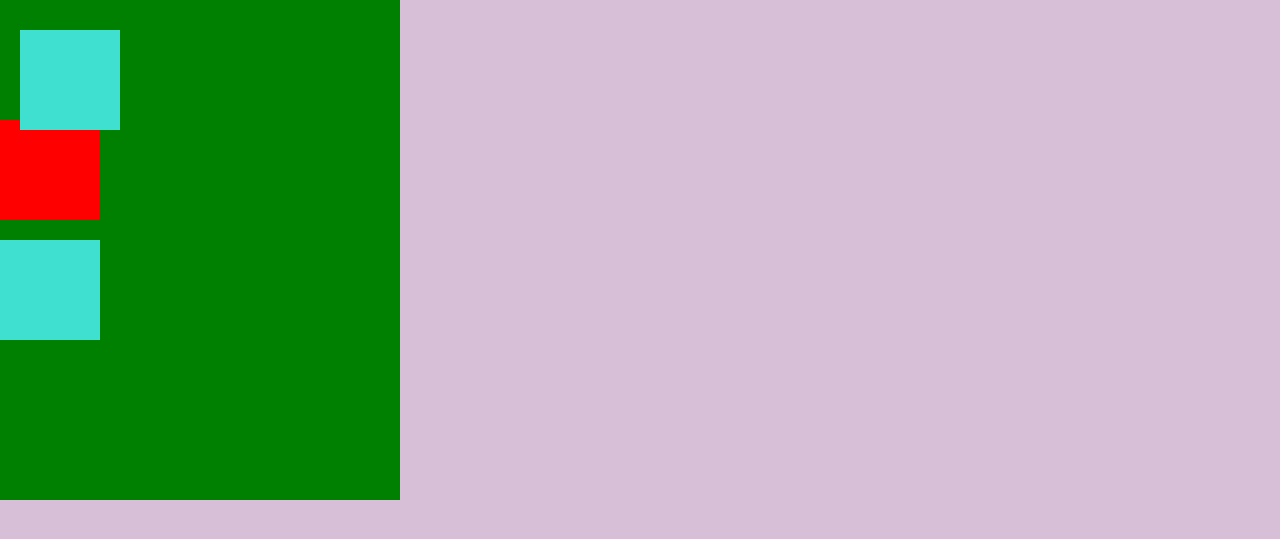
Repository: AytacSafarova/Task-12
Page: index.html
These files come from the project's save history. The page is drawn as it stood at one moment and after the next save; the edit follows.
The browser window is 1280 px wide. The pictures show the whole page.

Above is the page before, as saved 2023-08-16 16:07:01.

### index.html
<!DOCTYPE html>
<html lang="en">
<head>
  <meta charset="UTF-8">
  <meta name="viewport" content="width=device-width, initial-scale=1.0">
  <title>Document</title>
  <link rel="stylesheet" href="./index.css">
</head>
<body>
  <div class="container">
    <div class="box">

      <div class="child child-1"></div>
<div class="child child-2"></div>
<div class="child"></div>
    </div>


  </div>
</body>
</html>

### index.css
*{
    margin: 0;
    padding: 0;
    box-sizing: border-box;
}
.container{
    width: 100%;
    height: 100vh;
    background-color: thistle;
}
.child{
    width: 100px;
    height: 100px;
    background-color: turquoise;
    margin-bottom: 20px;
}
.child-2{
    background-color: red;
    /* position: relative;
    z-index: 1; */
}
/* static */
/* relative */
.child-1{
    position: relative;
    left: 20px;
    top: 30px;
}
.box{
    width: 400px;
    height: 500px;
    background-color: green;
}

After the next save:
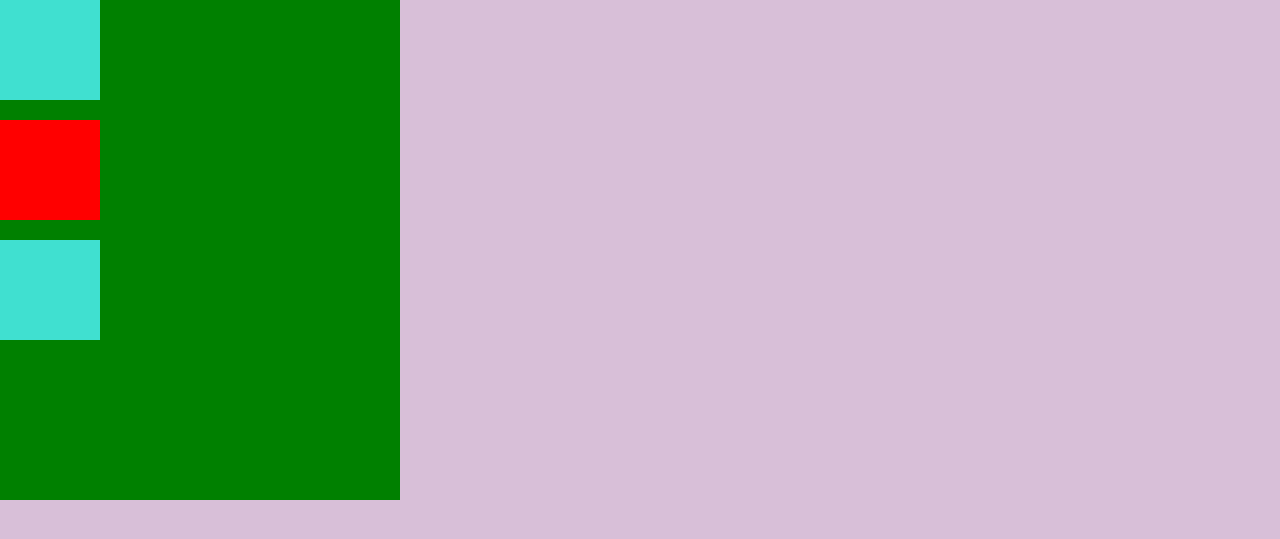
Saved 5 s later.
--- a/index.css
+++ b/index.css
@@ -22,9 +22,9 @@
 /* static */
 /* relative */
 .child-1{
-    position: relative;
+    /* position: relative;
     left: 20px;
-    top: 30px;
+    top: 30px; */
 }
 .box{
     width: 400px;
